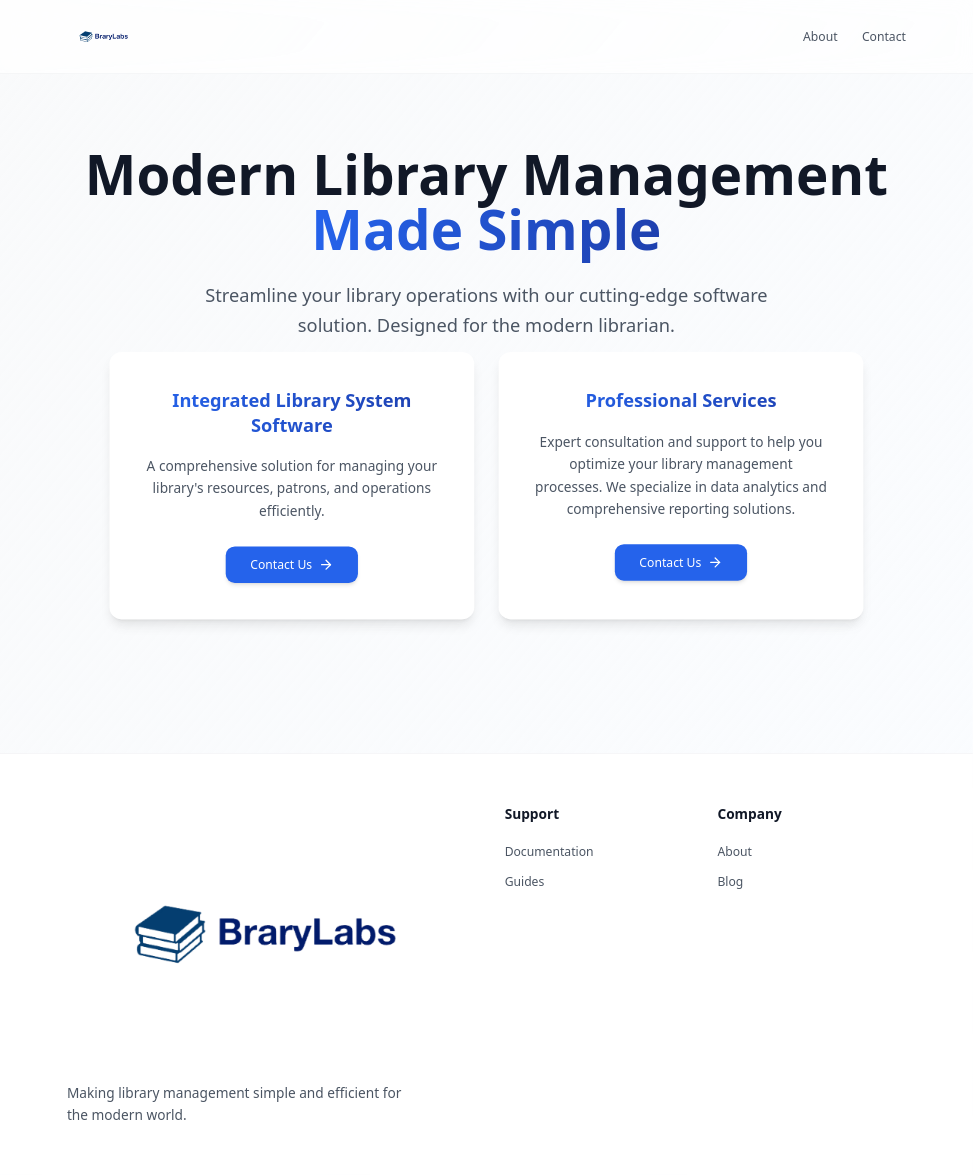
Repository: bgroble14/brarylabs-website
Page: /contact
The author's editor kept a copy of each file at every save. The page is drawn from the files as they stood at one save, then again after the next save.
The browser window is 1280 px wide. The pictures show the whole page, at 76% of full size.
The project was rebuilt for these pictures with package versions that can differ from the ones it lists, and the page was loaded fresh each time. Also part of the build but not shown: vite.config.ts.

Above is the page before, as saved 2025-01-16 17:22:38.

After the next save:
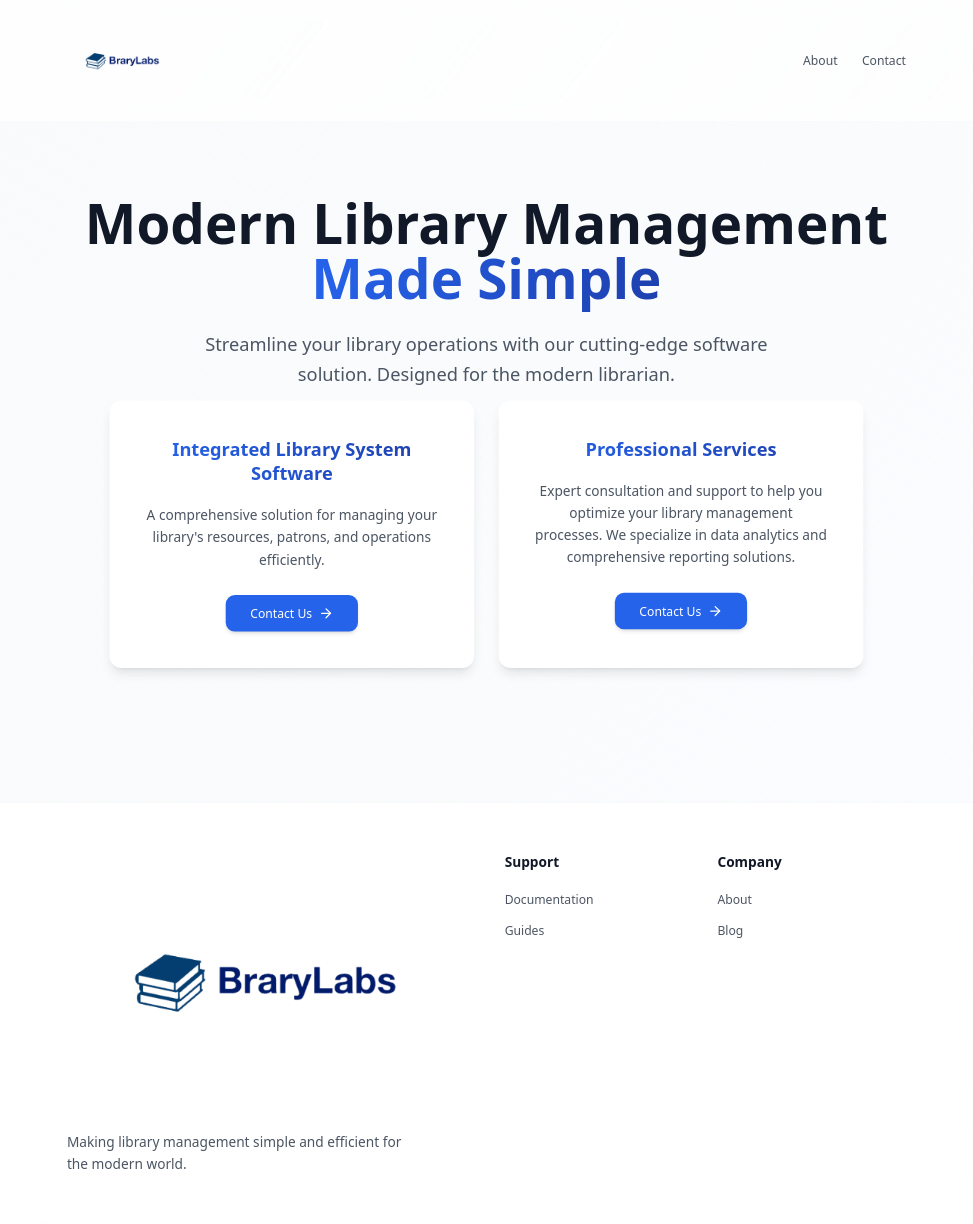
Saved 14 s later.
--- a/src/App.tsx
+++ b/src/App.tsx
@@ -30,14 +30,14 @@ function App() {
     <div className="min-h-screen bg-gradient-to-br from-gray-50 to-blue-50/30">
       {/* Navigation */}
       <nav className="bg-white/80 backdrop-blur-md sticky top-0 z-50 border-b border-gray-100">
-        <div className="max-w-6xl mx-auto px-6 py-4">
+        <div className="max-w-6xl mx-auto px-6 py-8">
           <div className="flex justify-between items-center">
             <div className="flex items-center space-x-3">
               <div className="flex items-center group">
                 <img
                   src="/logo-transparent.png"
                   alt="BraryLabs Logo"
-                  className="h-16 w-auto transform group-hover:scale-110 transition-transform duration-300 mix-blend-multiply"
+                  className="h-24 w-auto transform group-hover:scale-110 transition-transform duration-300 mix-blend-multiply"
                 />
               </div>
             </div>
@@ -89,7 +89,7 @@ function App() {
                 <img
                   src="/logo-transparent.png"
                   alt="BraryLabs Logo"
-                  className="h-22 w-auto mix-blend-multiply"
+                  className="h-21 w-auto mix-blend-multiply"
                 />
               </div>
               <p className="text-gray-600 text-lg leading-relaxed max-w-md">
